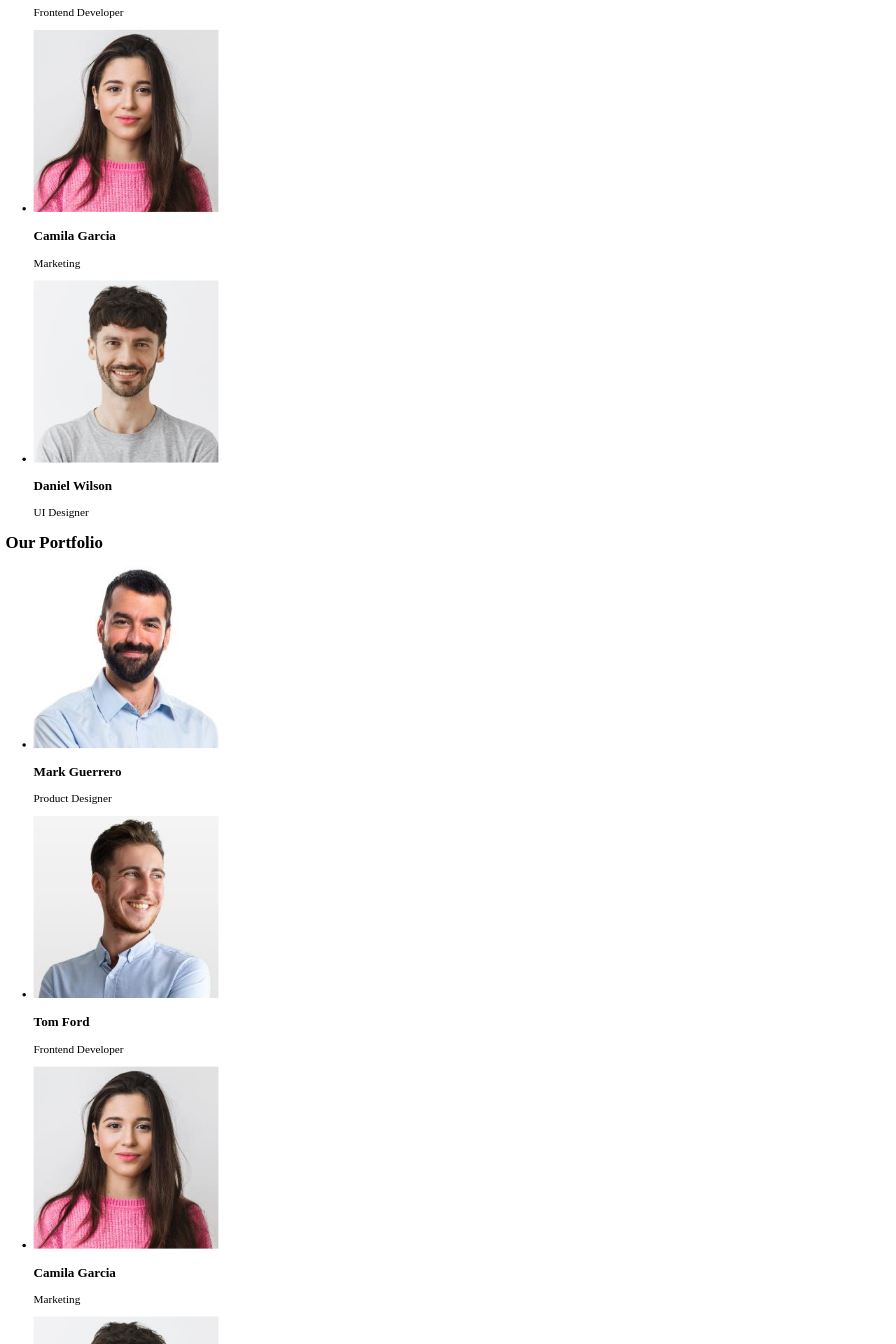
Repository: snegurova/goit-markup-hw-06
Page: index.html
These files come from the project's save history. The page is drawn as it stood at one moment and after the next save; the edit follows.
The browser window is 1280 px wide. The pictures show the part of the page from y = 1284 to 3204 px (the page is 3591 px tall), at 70% of full size.

Above is the page before, as saved 2024-07-14 19:00:50.

After the next save:
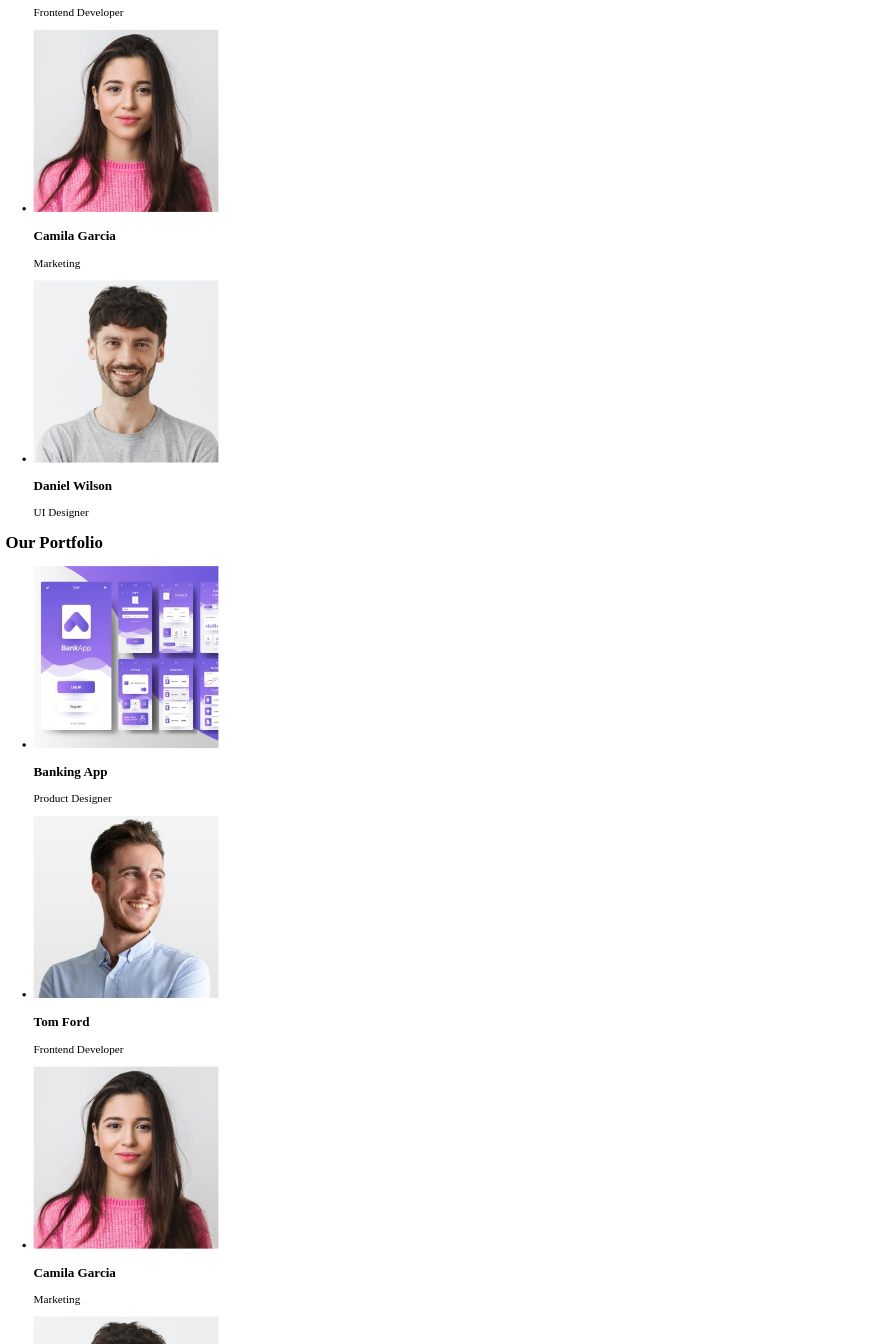
Saved 46 s later.
--- a/index.html
+++ b/index.html
@@ -134,12 +134,12 @@
         <ul>
           <li>
             <img
-              src="./images/mark.jpg"
+              src="./images/img-5.jpg"
               alt="Mark Guerrero"
               width="264"
               height="260"
             />
-            <h3>Mark Guerrero</h3>
+            <h3>Banking App</h3>
             <p>Product Designer</p>
           </li>
           <li>
